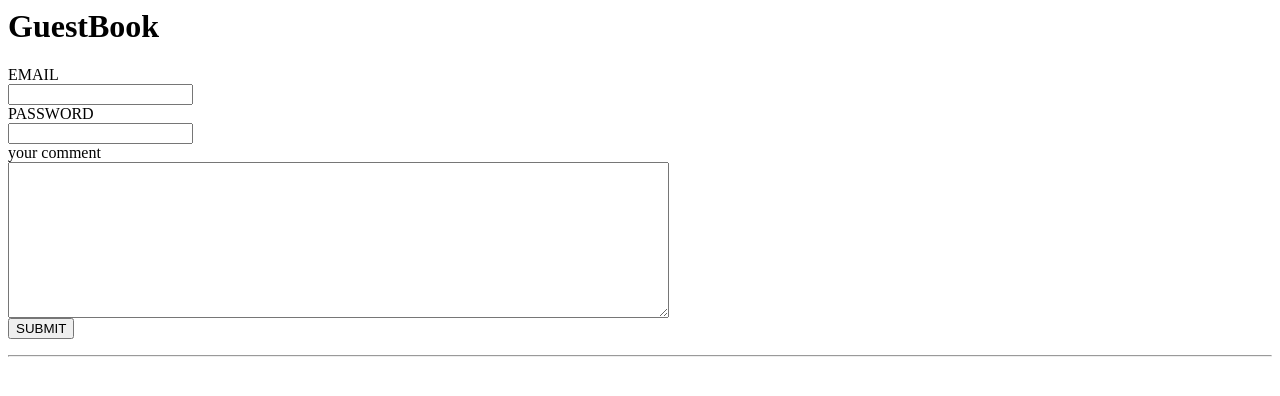
Repository: hibbah/BaseCamp
Page: http://localhost/GuestBook/guest/list
These files come from the project's save history. The page is drawn as it stood at one moment and after the next save; the edit follows.
The browser window is 1280 px wide. The pictures show the whole page.
The page is served by Tomcat 9. Queries for data that is not in the repository find no rows.

Above is the page before, as saved 2015-12-31 10:40:58.

After the next save:
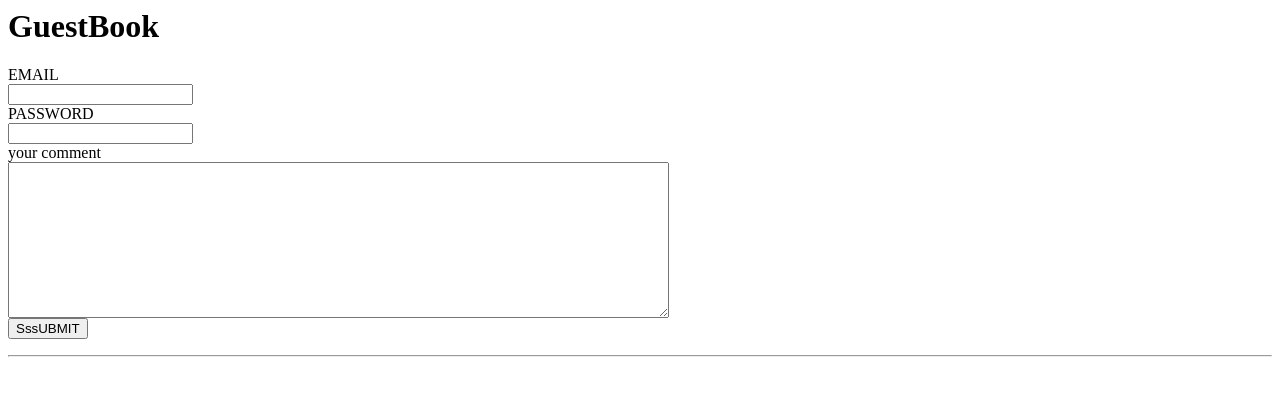
Saved 24 s later.
--- a/workspace/GuestBook/src/servlets/ListServlet.java
+++ b/workspace/GuestBook/src/servlets/ListServlet.java
@@ -71,7 +71,7 @@
 			out.println("<input type='password' name='pwd' required><br>");
 			out.println("your comment<br>");
 			out.println("<textarea name='content' cols='80' rows='10'></textarea><br>");
-			out.println("<input type='submit' value='SUBMIT' align='right'>");
+			out.println("<input type='submit' value='SssUBMIT' align='right'>");
 			out.println("</form></p>");
 			out.println("<hr><br>");
 

After the save that followed:
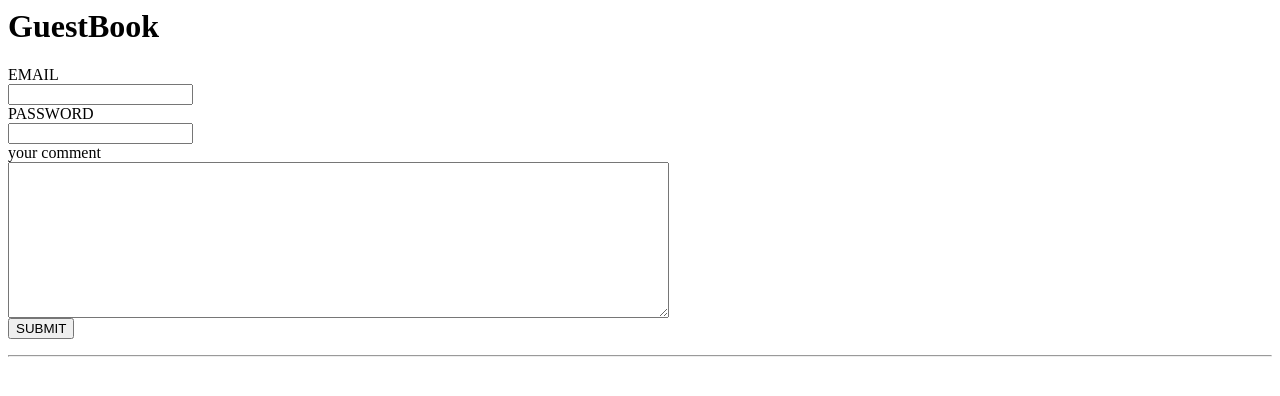
Saved 22 s later.
--- a/workspace/GuestBook/src/servlets/ListServlet.java
+++ b/workspace/GuestBook/src/servlets/ListServlet.java
@@ -71,7 +71,7 @@
 			out.println("<input type='password' name='pwd' required><br>");
 			out.println("your comment<br>");
 			out.println("<textarea name='content' cols='80' rows='10'></textarea><br>");
-			out.println("<input type='submit' value='SssUBMIT' align='right'>");
+			out.println("<input type='submit' value='SUBMIT' align='right'>");
 			out.println("</form></p>");
 			out.println("<hr><br>");
 
